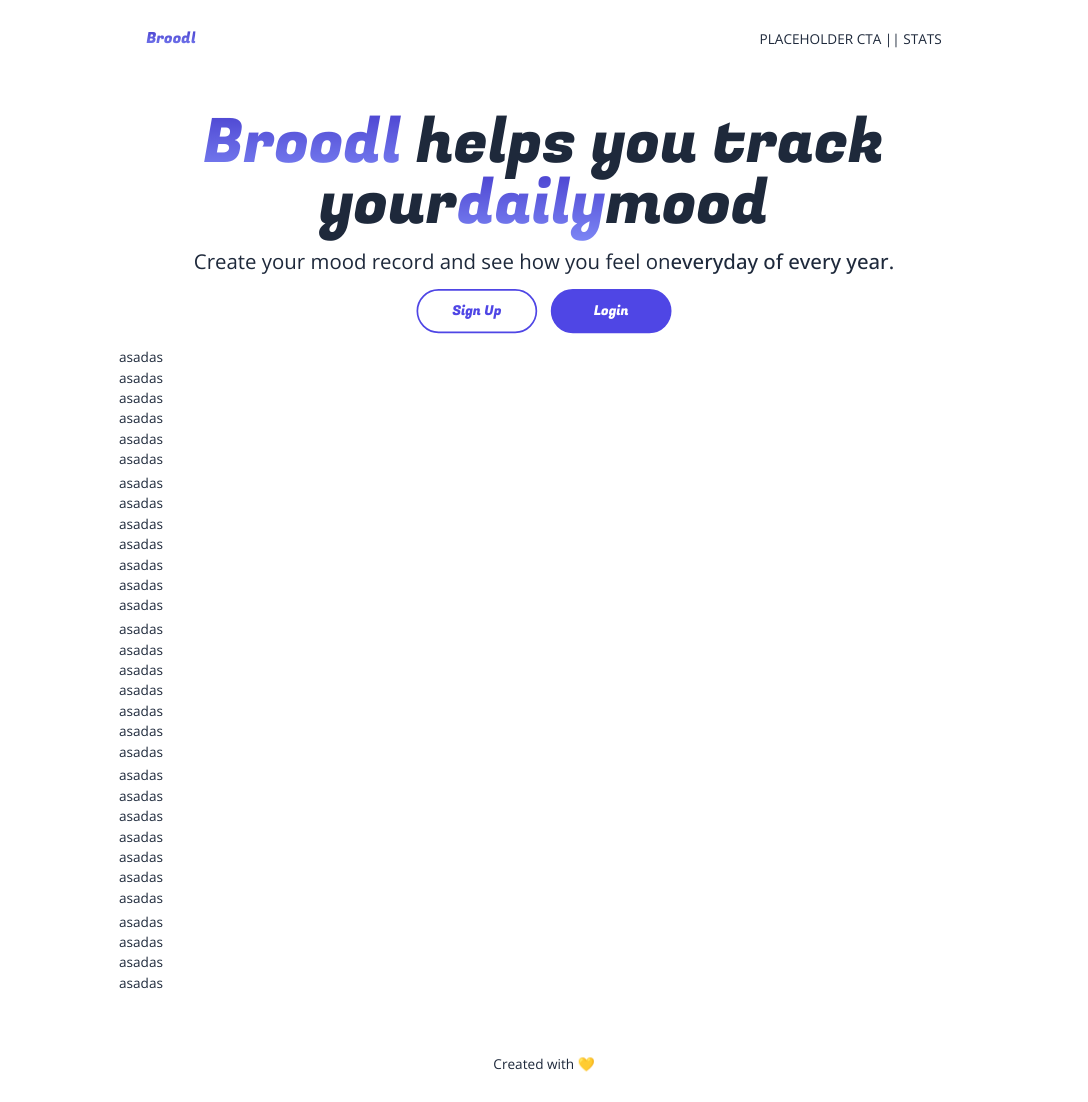
Repository: Nathan-spec/mood-app-next
Page: /
An editor plug-in stored every save of this project. The page is shown before and after a run of saves, followed by the edit.
The browser window is 1280 px wide. The pictures show the whole page, at 85% of full size.
The project was rebuilt for these pictures with package versions that can differ from the ones it lists, and the page was loaded fresh each time. The framework's server and built-in components were replaced by stand-ins that run in the browser. Also part of the build but not shown: next.config.mjs.

Above is the page before, as saved 2024-10-15 11:10:28.

### app/layout.js
import localFont from "next/font/local";
import { Fugaz_One, Open_Sans } from "next/font/google";
import "./globals.css";

const geistSans = localFont({
  src: "./fonts/GeistVF.woff",
  variable: "--font-geist-sans",
  weight: "100 900",
});
const geistMono = localFont({
  src: "./fonts/GeistMonoVF.woff",
  variable: "--font-geist-mono",
  weight: "100 900",
});

export const metadata = {
  title: "Broodl",
  description: "Track your daily mood everyday of the year",
};

const openSans = Open_Sans({ subsets:["latin"] });
const fugaz = Fugaz_One({ subsets: ["latin"], weight:['400'] });

export default function RootLayout({ children }) {

  const header = (
    <header className="p-4 sm:p-8 flex items-center justify-between gap-4">
      <h1 className={'text-base sm:text-lg textGradient ' + fugaz.className}>Broodl</h1>
      <div className="flex items-center justify-between">
        PLACEHOLDER CTA || STATS
      </div>
    </header>
  )

  const footer = (
    <footer className="p-4 sm:p-8 grid place-items-center">
        <p className={'text-indigo-400' + fugaz.className}>Created with 💛</p>
    </footer>
  )

  return (
    <html lang="en">
      <body
        className={`w-full, max-w-[1000px] mx-auto text-sm sm:text-base min-h-screen flex flex-col text-slate-800 ${openSans.className} antialiased`}
      >
        {header}
        {children}
        {footer}
      </body>
    </html>
  );
}

### app/page.js
import Hero from "@/components/Hero";
import Main from "@/components/main";

export default function HomePage() {
  return(
    <Main className="">
      <Hero/>

    </Main>
  )
}

### app/globals.css
@tailwind base;
@tailwind components;
@tailwind utilities;

.textGradient {
  background: -webkit-linear-gradient(#4338ca, #818cf8);
  -webkit-background-clip: text;
  -webkit-text-fill-color: transparent;
}

.purpleShadow {
  box-shadow: 3px 3px 1px 1px lavender;
}

.purpleShadow:hover {
  transform: translate(3px, 3px);
  box-shadow: 0px 0px 1px 1px lavendar;
}

### components/Hero.js
import { Fugaz_One } from 'next/font/google';
import React from 'react'
import Button from './Button';
import Calendar from './Calendar';

const fugaz = Fugaz_One({ subsets: ["latin"], weight: ['400']});

export default function Hero() {
  return (
    <div className='py-4 md:py-10 flex flex-col gap-4 sm:gap-4'>
        <h1
        className={'text-5xl sm:text-text-6xl md:text-7xl text-center ' + fugaz.className}>
            <span className='textGradient'>Broodl</span> helps you track your<span className='textGradient'>daily

            </span>mood</h1>
            <p className='text-lg sm:text-xl md:text-2xl text-center'>Create your mood record and see how you feel on
                <span className='font-medium'>everyday of every year.</span></p>
    <div className='grid grid-cols-2 gap-4 w-fit mx-auto'>
      <Button text="Sign Up"/>
      <Button text="Login" dark/>
    </div>
    <Calendar/>
    </div>
  )
}

### components/main.js
import React from 'react'

export default function Main(props) {
    const { children } = props
  return (
        <main className='flex-1 flex flex-col'>
            {children}
        </main>
  )
}

### components/Button.js
import { Fugaz_One } from 'next/font/google';
import React from 'react'

const fugaz = Fugaz_One({ subsets: ["latin"], weight: ['400'] });

export default function Button(props) {
    const { text, dark, full, clickHandler } = props

    return (
        <button onClick={clickHandler} className={'rounded-full overflow-hidden duration-200 hover:opacity-60 border-2 border-solid border-indigo-600 ' + (dark ? ' text-white bg-indigo-600 ' : ' text-indigo-600 ') + (full ? ' grid place-items-center w-full ' : ' ')}>
            <p className={'px-6 sm:px-10 whitespace-nowrap py-2 sm:py-3 ' + fugaz.className}>{text}</p>
        </button>
    )
}

### components/Calendar.js
import React from 'react'


const months = { 'January': 'Jan', 'Febraury': 'Feb', 'March':
  'Mar', 'April': 'Apr', 'May': 'May', 'June': 'Jun', 'July':
  'Jul', 'August': 'Aug', 'September': 'Sep', 'October': 'Oct',
  'November': 'Nov', 'December': 'Dec'
}
const now = new Date()
const dayList = ['Sunday', 'Monday', 'Tuesday', 'Wednesday',
  'Thursday', 'Friday', 'Saturday']


export default function Calendar() {
  const year = 2024
  const month = 'July'
  const monthNow = new Date(year, Object.keys(months).indexOf
  (month), 1)
  const firstDayOfMonth = monthNow.getDay()
  const daysInMonth = new Date(year, Object.keys(month).indexOf(month) + 1, 0).getDate()

  const daysToDisplay = firstDayOfMonth + daysInMonth
  const numRows = (Math.floor(daysToDisplay / 7)) + (daysToDisplay % 7 ? 1 : 0)

  return (
    <div className='flex flex-col overflow-hidden gap-1'>
      {[...Array(numRows).keys()].map((row, rowIndex) => {
        return (
          <div key={rowIndex} className='grid grid-cols-'>
            {dayList.map((dayOfWeek, dayOfWeekIndex) => {
              let dayIndex = (rowIndex * 7) +
              dayOfWeekIndex - (firstDayOfMonth - 1)

              let dayDisplay = dayIndex > daysInMonth ?
              false : (row === 0 && dayOfWeekIndex <
                firstDayOfMonth) ? false : true

              let isToday = dayIndex === now.getDate()

              if (!dayDisplay) {
                return (
                  <div className='bg-white' key=
                  {dayOfWeekIndex}/>
                )
              }
              return (
                <div key={dayOfWeekIndex}>
                    asadas
                </div>
              )
            })}
          </div>
        )
      })}
    </div>
  )
}

Loaded but not shown: tailwind.config.js (common file)

After the next 4 saves:
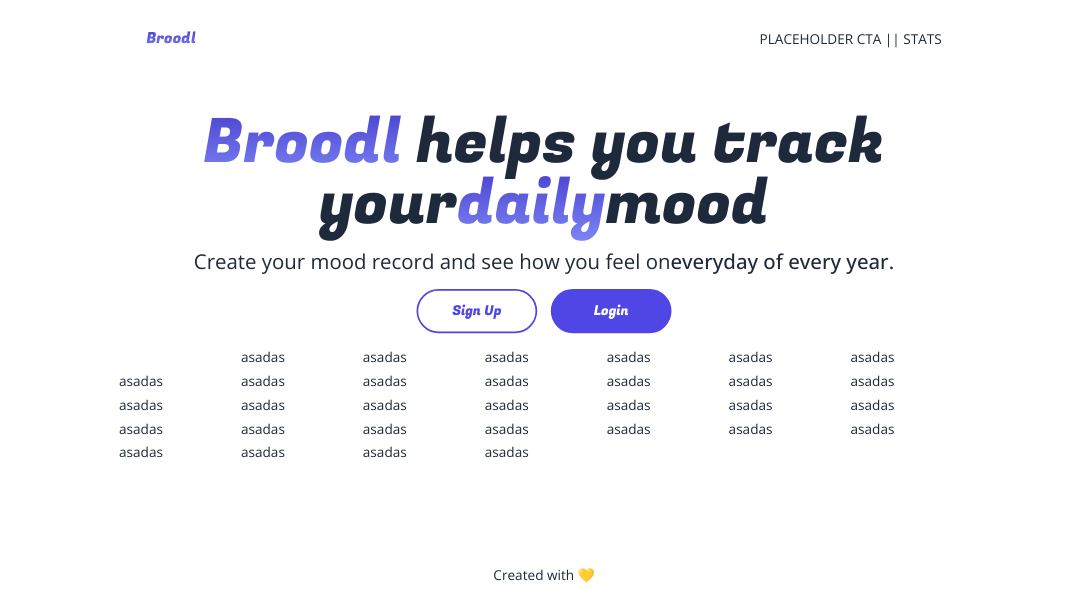
The 4 saves are shown as one change because they came seconds apart.
The last was saved 13 s later.
--- a/components/Calendar.js
+++ b/components/Calendar.js
@@ -26,7 +26,7 @@ export default function Calendar() {
     <div className='flex flex-col overflow-hidden gap-1'>
       {[...Array(numRows).keys()].map((row, rowIndex) => {
         return (
-          <div key={rowIndex} className='grid grid-cols-'>
+          <div key={rowIndex} className='grid grid-cols-7 gap-1'>
             {dayList.map((dayOfWeek, dayOfWeekIndex) => {
               let dayIndex = (rowIndex * 7) +
               dayOfWeekIndex - (firstDayOfMonth - 1)
